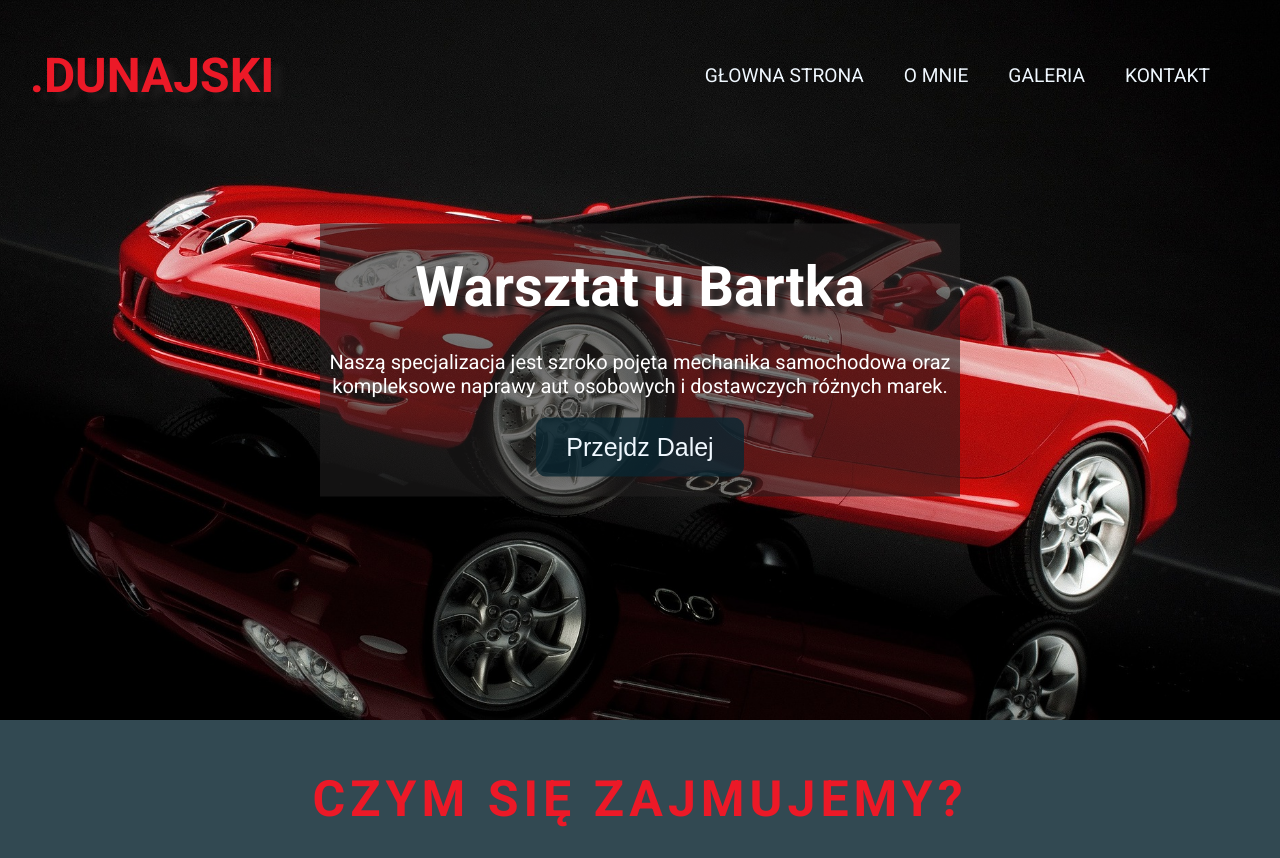
Repository: emas130/car-workshop-website
Page: index.html
An editor plug-in stored every save of this project. The page is shown before and after the next save, followed by the edit.
The browser window is 1280 px wide. The pictures show the part of the page from y = 0 to 858 px (the page is 1578 px tall).
A picture or video elsewhere on the page could not be fetched, so the positions and the page height are approximate. Some web libraries are served in a nearby version.

Above is the page before, as saved 2018-09-27 19:21:06.

### index.html
<!DOCTYPE html>
<html lang="pl">
<head>
<meta name="viewport" content="width=device-width, initial-scale=1.0">
	<meta charset="UTF-8">
	<title>Document</title>
	<link rel="stylesheet" href="https://use.fontawesome.com/releases/v5.3.1/css/all.css" integrity="sha384-mzrmE5qonljUremFsqc01SB46JvROS7bZs3IO2EmfFsd15uHvIt+Y8vEf7N7fWAU" crossorigin="anonymous">
	<link rel="stylesheet" href="style.css">
</head>

<body>
	<header>
		<div class="logo">.DUNAJSKI</div>
		<nav>
			<ul>
				<li class="active"><a href="">Głowna Strona</a></li>
				<li><a href="">O mnie </a></li>
				<li><a href=""> Galeria</a></li>
				<li><a href=""> Kontakt</a></li>
			</ul>
		</nav>
		<div class="menu-toggle">
			<i class="fa fa-bars" aria-hidden="true"></i>
		</div>
	</header>
	<section class="jumbotron">
		<div class="slogan">
			<h2>Warsztat u Bartka</h2>
			<p>Naszą specjalizacja jest szroko pojęta mechanika samochodowa oraz kompleksowe naprawy aut osobowych i dostawczych różnych marek. </p>
			<button>Przejdz Dalej</button>
		</div>
	</section>
	<div class="wraper">
		<h1>Czym się zajmujemy?</h1>
		<div class="container">
			<div class="box">
				<div class="imgBox">
					<img src="img/car-1.jpg" alt="klucze">
				</div>
				<div class="content">
					<h2>Zawieszenie</h2>
					<p>Lorem ipsum dolor sit amet, consectetur adipisicing elit. Laboriosam quibusdam culpa magnam animi quam explicabo dolorum, illo dolorem, dolor necessitatibus.</p>
				</div>
			</div>
			<div class="box">
				<div class="imgBox">
					<img src="img/car-2.jpg" alt="klucze">
				</div>
				<div class="content">
					<h2>Wymiana Chamulcy</h2>
					<p>Lorem ipsum dolor sit amet, consectetur adipisicing elit. Laboriosam quibusdam culpa magnam animi quam explicabo dolorum, illo dolorem, dolor necessitatibus.</p>
				</div>
			</div>
			<div class="box">
				<div class="imgBox">
					<img src="img/car-1.jpg" alt="klucze">
				</div>
				<div class="content">
					<h2>Mechanika Pojazdu</h2>
					<p>Lorem ipsum dolor sit amet, consectetur adipisicing elit. Laboriosam quibusdam culpa magnam animi quam explicabo dolorum, illo dolorem, dolor necessitatibus.</p>
				</div>
			</div>
			<div class="box">
				<div class="imgBox">
					<img src="img/car-4.jpg" alt="klucze">
				</div>
				<div class="content">
					<h2>Mechanika Pojazdu</h2>
					<p>Lorem ipsum dolor sit amet, consectetur adipisicing elit. Laboriosam quibusdam culpa magnam animi quam explicabo dolorum, illo dolorem, dolor necessitatibus.</p>
				</div>
			</div>
			<div class="box">
				<div class="imgBox">
					<img src="img/car-5.jpg" alt="klucze">
				</div>
				<div class="content">
					<h2>Mechanika Pojazdu</h2>
					<p>Lorem ipsum dolor sit amet, consectetur adipisicing elit. Laboriosam quibusdam culpa magnam animi quam explicabo dolorum, illo dolorem, dolor necessitatibus.</p>
				</div>
			</div>
			<div class="box">
				<div class="imgBox">
					<img src="img/car-4.jpg" alt="klucze">
				</div>
				<div class="content">
					<h2>Mechanika Pojazdu</h2>
					<p>Lorem ipsum dolor sit amet, consectetur adipisicing elit. Laboriosam quibusdam culpa magnam animi quam explicabo dolorum, illo dolorem, dolor necessitatibus.</p>
				</div>
			</div>

		</div>
	</div>

	<footer>Copywriting &copy; Bartosz Dunajski</footer>
	<script src="https://code.jquery.com/jquery-3.3.1.js">
	</script>
	<script type="text/javascript">
		// Menu rwd
		$(document).ready(function() {
			$('.menu-toggle').click(function() {
				$('nav').toggleClass('active')
			})
		});

		$('.jumbotron').mousemove(function(e) {
			var moveX = (e.pageX *  -1 /15);
			var moveY = (e.pageY *  -1 /15);
			$(this).css('background-position', moveX + 'px '+  moveY + 'px')
		})
	</script>
</body>

</html>

### style.css
@import url("https://fonts.googleapis.com/css?family=Open+Sans:300, 400,800|Roboto:300,400,700");

* {
	margin: 0;
	padding: 0;
	-webkit-box-sizing: border-box;
	box-sizing: border-box;
}

body {
	font-family: 'Roboto';
	color: white;
	background: rgba(128, 128, 128, 0.21);
}

header {
	position: absolute;
	top: 5%;
	left: 0;
	width: 100%;
	padding-right: 50px;
	font-size: 1.2em;
}

header .logo {
	height: 80px;
	line-height: 80px;
	font-weight: bold;
	float: left;
	margin-left: 30px;
	font-size: 2.5em;
	text-shadow: 9px 7px 7px #1f1d1d;
	color: #ec1927;
}

header nav ul {
	padding: 0;
	margin: 0;
	display: -webkit-box;
	display: -ms-flexbox;
	display: flex;
	-webkit-box-pack: end;
	-ms-flex-pack: end;
	float: right;
}

header nav ul li {
	list-style: none;
}

header nav ul li a {
	color: aliceblue;
	height: 80px;
	line-height: 80px;
	text-decoration: none;
	padding: 2px 20px;
	text-transform: uppercase;
	transition: 0.5s;
}

header nav ul li a:hover {
	background: #ec1927;
}

.menu-toggle {
	display: none;
	float: right;
	cursor: pointer;
	line-height: 80px;
	font-size: 25px;
}
.jumbotron {
	background-image: url(img/mercedes-1391783_1920.jpg);
	background-size: cover;
	background-position: center top;
	height: 100vh;
	overflow: hidden;
	transition: 0.2s;
}

.slogan {
	position: absolute;
	top: 50%;
	left: 50%;
	-webkit-transform: translate(-50%, -50%);
	transform: translate(-50%, -50%);
	text-align: center;
	background: rgba(33, 30, 30, 0.6);
}

.slogan p {
	font-size: 20px;
}

.slogan h2 {
	font-size: 3.5em;
	text-shadow: 9px 7px 7px #1f1d1d;
	padding: 30px;
}

button {
	font-size: 25px;
	border: none;
	padding: 15px 30px;
	border-radius: 10px;
	background: rgba(9, 37, 48, 0.81);
	color: aliceblue;
	margin: 20px;
}

.wraper {
	margin: 0 auto;
	text-align: center;
	background: rgba(9, 37, 48, 0.81);
}

.wraper h1 {
	font-size: 50px;
	letter-spacing: 5px;
	padding-top: 50px;
	color: #ec1927;
	text-transform: uppercase;
}

.container {
	position: relative;
	max-width: 1200px;
	height: 600px;
	margin: 50px auto 0;
}


.container .box {
	position: relative;
	width: 370px;
	background: #262626;
	float: left;
	-webkit-box-sizing: border-box;
	box-sizing: border-box;
	margin: 15px;
	overflow: hidden;
	-webkit-box-shadow: 0 5px 10px rgba(0, 0, 0, 0.8);
	box-shadow: 0 5px 10px rgba(0, 0, 0, 0.8);
}

.container .box::before {
	content: "";
	position: absolute;
	top: 10px;
	right: 10px;
	bottom: 10px;
	left: 10px;
	border-top: 1px solid #fff;
	border-bottom: 1px solid #fff;
	-webkit-transition: 0.9s;
	transition: 0.9s;
	-webkit-transform: scaleX(0);
	transform: scaleX(0);
	-webkit-box-sizing: border-box;
	box-sizing: border-box;
	opacity: 0;
	z-index: 1;
}

.container .box:hover:before {
	-webkit-transform: scale(1);
	transform: scale(1);
	opacity: 1;
}

.container .box::after {
	content: "";
	position: absolute;
	top: 10px;
	right: 10px;
	bottom: 10px;
	left: 10px;
	border-left: 1px solid #fff;
	border-right: 1px solid #fff;
	-webkit-transition: 0.9s;
	transition: 0.9s;
	-webkit-transform: scaleX(0);
	transform: scaleY(0);
	-webkit-box-sizing: border-box;
	box-sizing: border-box;
	opacity: 0;
	z-index: 1;
}

.container .box:hover:after {
	-webkit-transform: scaleY(1);
	transform: scale(1);
	opacity: 1;
}

.container .box .imgBox {
	position: relative;
}

.container .box .imgBox img {
	width: 100%;
	-webkit-transition: 0.5s;
	transition: 0.5s;
}

.container .box .content {
	position: absolute;
	width: 100%;
	top: 50%;
	transform: translateY(-50%);
	z-index: 2;
	padding: 20px;
	text-align: center;
}

.container .box .content h2 {
	margin: 30px;
	padding: 0;
	color: #fff;
	transition: 0.5s;
	transform: translateY(-50%);
	opacity: 0;
	visibility: hidden;
}

.container .box .content p {
	margin: 10px;
	padding: 0;
	color: #fff;
	transition: 0.5s;
	transform: translateY(-50%);
	opacity: 0;
	visibility: hidden;
}

.container .box:hover .content * {
	opacity: 1;
	visibility: visible;
}

.container .box:hover .imgBox img {
	opacity: 0.2;
	transform: scale(1.2);
}

footer {
	height: 100px;
	width: 100%;
	background: #ec1927;
	text-align: center;
	line-height: 100px;
	font-size: 25px;
}




@media(max-width: 768px) {

	header {
		padding: 0 20px;
	}
	.menu-toggle {
		display: block;
	}

	header nav {
		width: 100%;
		position: absolute;
		top: 80px;
		left: -100%;
		-webkit-transition: 0.5s;
		transition: 0.5s;
		background: #262626cc;
	}

	header nav.active {
		left: 0;
	}

	header nav ul {
		display: block;
		text-align: center;
		width: 100%;
		top: 0;
	}

	header nav ul li  {
		border-bottom: 3px solid rgba(22, 23, 23, 0.87);
	}

	.slogan {
		display: none;
	}
}

After the next save:
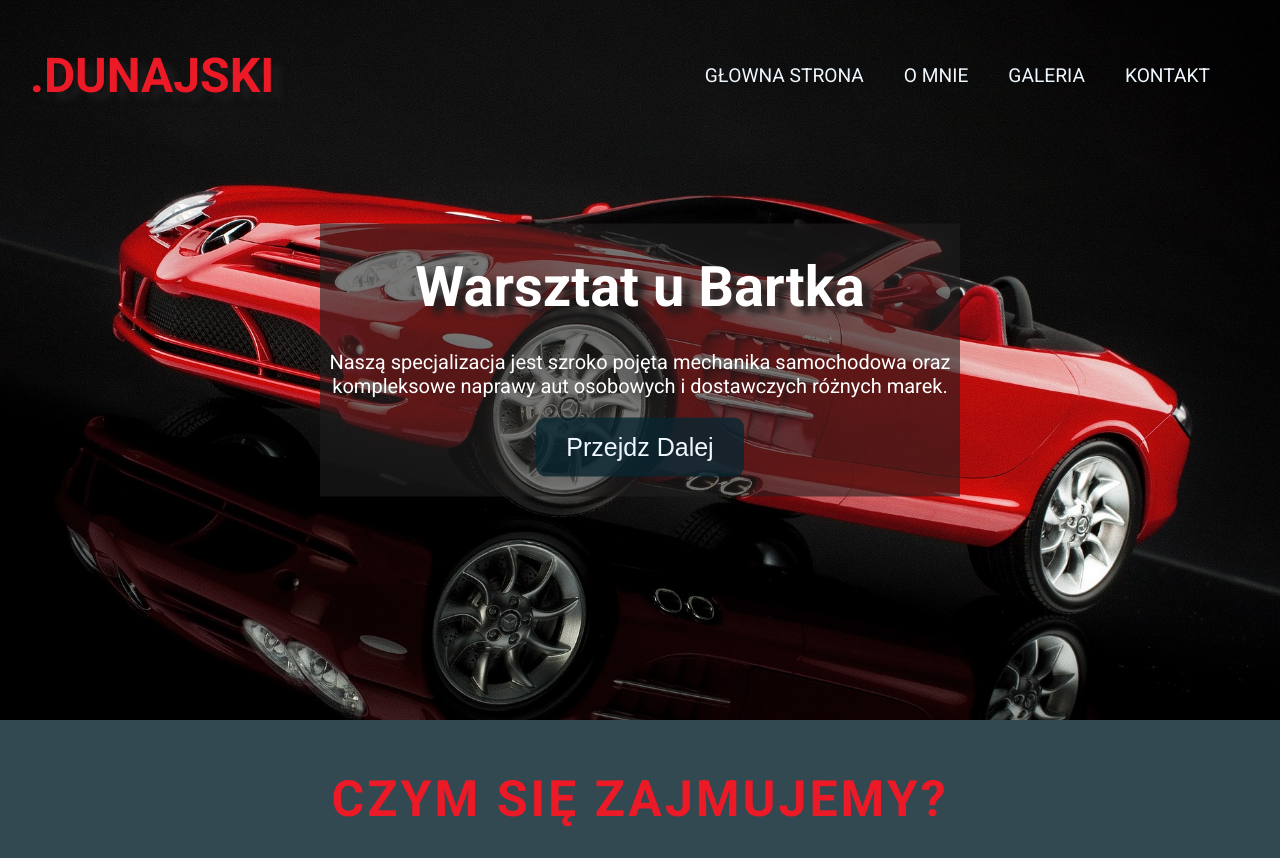
Saved 21 s later.
--- a/style.css
+++ b/style.css
@@ -116,7 +116,7 @@ button {
 
 .wraper h1 {
 	font-size: 50px;
-	letter-spacing: 5px;
+	letter-spacing: 3px;
 	padding-top: 50px;
 	color: #ec1927;
 	text-transform: uppercase;
